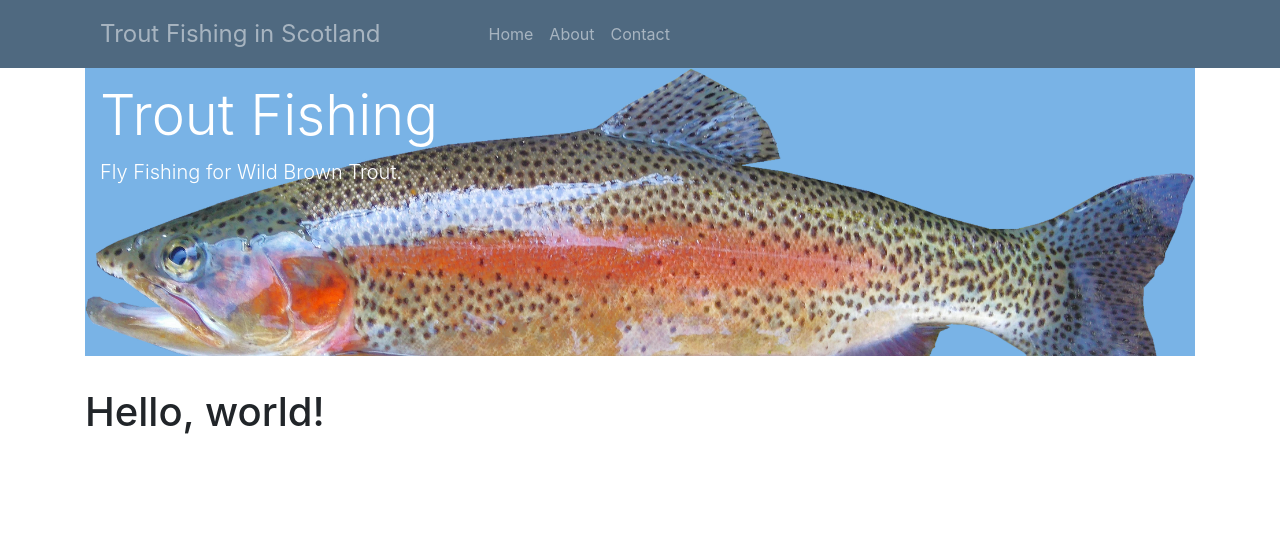
Repository: adrian9211/College_project
Page: about.html
An editor plug-in stored every save of this project. The page is shown before and after a run of saves, followed by the edit.
The browser window is 1280 px wide. The pictures show the whole page.

Above is the page before, as saved 2020-11-04 07:46:41.

### about.html
<!doctype html>
<html lang="en">
  <head>
    <!-- Required meta tags -->
    <meta charset="utf-8">
    <meta name="viewport" content="width=device-width, initial-scale=1, shrink-to-fit=no">

    <!-- Bootstrap CSS -->
    <link rel="stylesheet" href="https://cdn.jsdelivr.net/npm/bootstrap@4.5.3/dist/css/bootstrap.min.css" integrity="sha384-TX8t27EcRE3e/ihU7zmQxVncDAy5uIKz4rEkgIXeMed4M0jlfIDPvg6uqKI2xXr2" crossorigin="anonymous">
    <link rel="stylesheet" href="css/style.css">

    <title>Trout fishing in Scotland</title>
  </head>
  <body>
       <!-- Navigation  bar start -->
       <nav class="navbar navbar-expand-md navbar-dark sticky-top" role="navigation" id="navbar2" style="background-color: #4F6980;">
        <div class="container">
          <div class="container">
          <a href="index.html"><span class="navbar-text">Trout Fishing in Scotland</span></a>
          <button class="navbar-toggler" data-toggle="collapse" data-target="#collapse_target">
            <span class="navbar-toggler-icon"></span>
          </button>
          <div class="collapse navbar-collapse" id="collapse_target">
          <ul class="navbar-nav " >
            <li class="nav-item ">
              <a class="nav-link " href="index.html">Home </a>
            </li>
            <li class="nav-item active` ">
              <a class="nav-link " href="about.html">About</a>
            </li>
            <li class="nav-item ">
              <a class="nav-link " href="contact.html">Contact</a>
            </li>
          </ul>
        </div>
      </div>
        </div>
      </nav>
      <!-- Navigation  bar end -->
      <!-- Jumbotron start -->
      <div class="container">
        <div class="jumbotron jumbotron-fluid">
            <div class="container alt">
              <h1 class="display-4">Trout Fishing</h1>
              <p class="lead">Fly Fishing for Wild Brown Trout.</p>
            </div>
        </div>
      <!-- Jumbotron end -->
        <h1>Hello, world!</h1>

    </div>

    <!-- Scripts for bootstrap -->
    <script src="https://code.jquery.com/jquery-3.5.1.slim.min.js" integrity="sha384-DfXdz2htPH0lsSSs5nCTpuj/zy4C+OGpamoFVy38MVBnE+IbbVYUew+OrCXaRkfj" crossorigin="anonymous"></script>
    <script src="https://cdn.jsdelivr.net/npm/bootstrap@4.5.3/dist/js/bootstrap.bundle.min.js" integrity="sha384-ho+j7jyWK8fNQe+A12Hb8AhRq26LrZ/JpcUGGOn+Y7RsweNrtN/tE3MoK7ZeZDyx" crossorigin="anonymous"></script>
  </body>
</html>

### css/style.css
.jumbotron {
    background-image: url("../img/trout.png");
    background-color: #79b3e6;
    background-size: cover;
    height: 40vh;
}

.alt h1, p {
    position: relative;
    top: -50px;
    color: #fff;
}

.navbar-text {
    font-size: 1.5rem;
    padding-right: 100px;
}

After the next 2 saves:
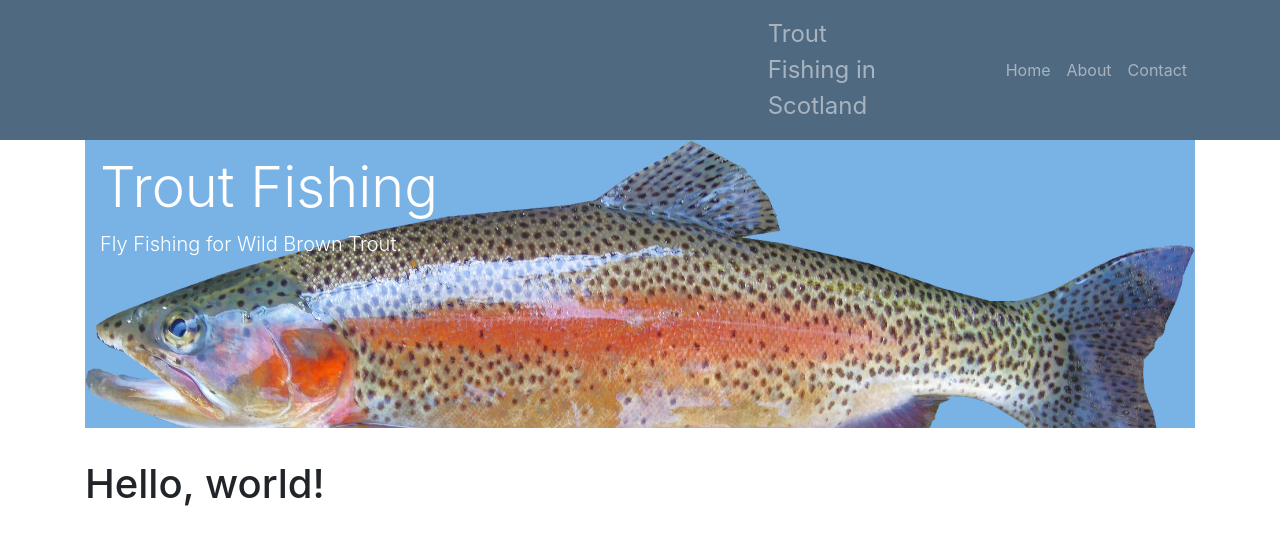
The 2 saves are shown as one change because they came seconds apart.
The last was saved 22 s later.
--- a/about.html
+++ b/about.html
@@ -13,9 +13,9 @@
   </head>
   <body>
        <!-- Navigation  bar start -->
-       <nav class="navbar navbar-expand-md navbar-dark sticky-top" role="navigation" id="navbar2" style="background-color: #4F6980;">
+       <nav class="navbar navbar-expand-sm navbar-dark sticky-top" role="navigation" id="navbar2" style="background-color: #4F6980;">
         <div class="container">
-          <div class="container">
+          <div class="container"></div>
           <a href="index.html"><span class="navbar-text">Trout Fishing in Scotland</span></a>
           <button class="navbar-toggler" data-toggle="collapse" data-target="#collapse_target">
             <span class="navbar-toggler-icon"></span>
@@ -33,7 +33,6 @@
             </li>
           </ul>
         </div>
-      </div>
         </div>
       </nav>
       <!-- Navigation  bar end -->

After the save that followed:
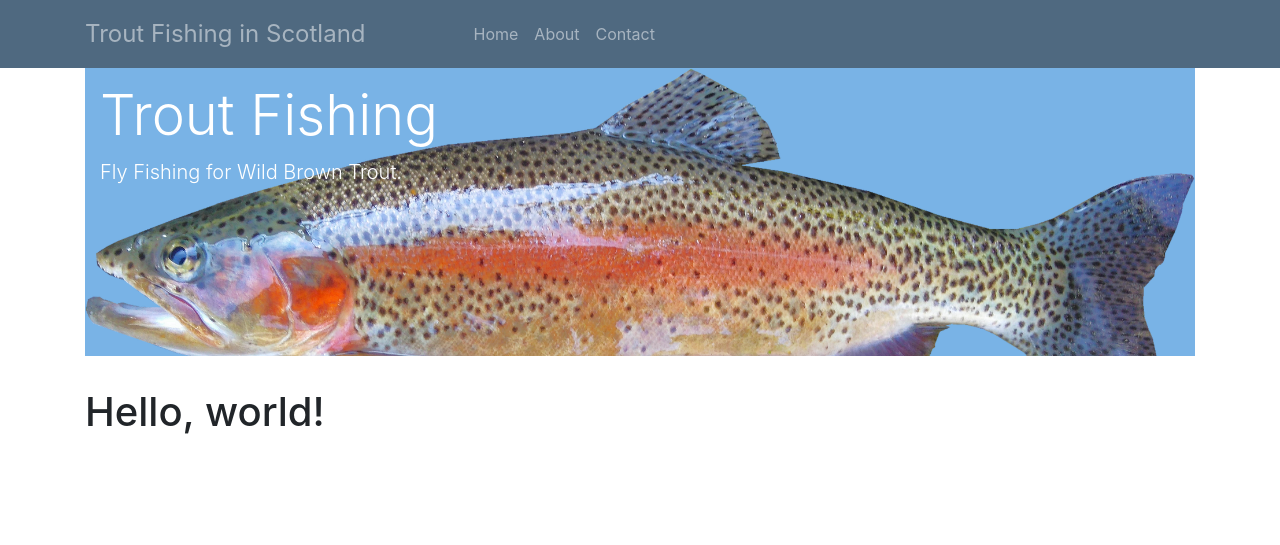
Saved 5 s later.
--- a/about.html
+++ b/about.html
@@ -15,7 +15,6 @@
        <!-- Navigation  bar start -->
        <nav class="navbar navbar-expand-sm navbar-dark sticky-top" role="navigation" id="navbar2" style="background-color: #4F6980;">
         <div class="container">
-          <div class="container"></div>
           <a href="index.html"><span class="navbar-text">Trout Fishing in Scotland</span></a>
           <button class="navbar-toggler" data-toggle="collapse" data-target="#collapse_target">
             <span class="navbar-toggler-icon"></span>
